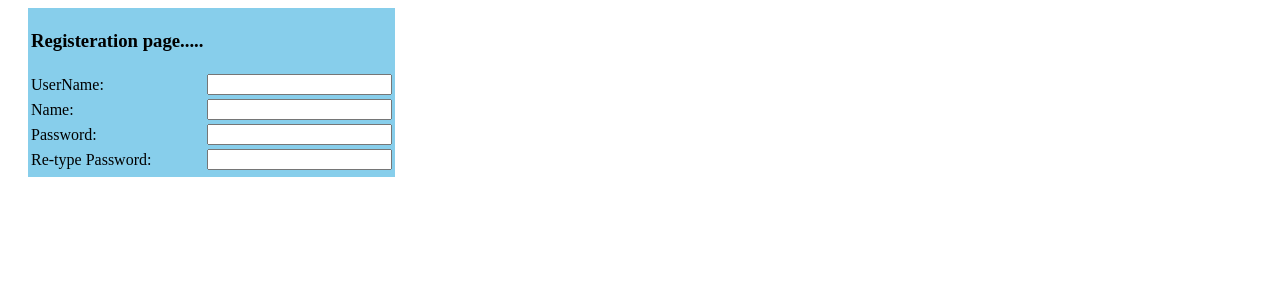
Repository: KeshavDeveloper/Dynamic-web-app
Page: http://localhost/MyRegistrationProject/register.jsp
The author's editor kept a copy of each file at every save. The page is drawn from the files as they stood at one save, then again after the next save.
The browser window is 1280 px wide. The pictures show the whole page.
The page is served by Tomcat 9. Other server files are loaded and not shown.

Above is the page before, as saved 2018-06-26 22:22:17.

### MyRegistrationProject/WebContent/register.jsp
<%@ page language="java" contentType="text/html; charset=ISO-8859-1"
    pageEncoding="ISO-8859-1"%>
<!DOCTYPE html PUBLIC "-//W3C//DTD HTML 4.01 Transitional//EN" "http://www.w3.org/TR/html4/loose.dtd">
<html>
<head>
<meta http-equiv="Content-Type" content="text/html; charset=ISO-8859-1">
<title>Insert title here</title>
</head>
<body>

<form action="LoginRegister">
<table style="background-color:skyblue;margin-left:20px;margin-right:20px;">
<tr>
<td>   <h3 style="color: black;" >Registeration page.....</h3></td>
<td></td>



</tr>

<tr><td>UserName:</td><td><input type="text" name="username"></td></tr>
<tr><td>Name:</td><td><input type="text" name="name"></td></tr>

<tr><td>Password:</td><td><input type="password" name="password1"></td></tr>
<tr><td> Re-type Password:</td><td><input type="password" name="password2"></td></tr>

<tr><td></tr>

</table>
</form>


</body>
</html>

After the next save:
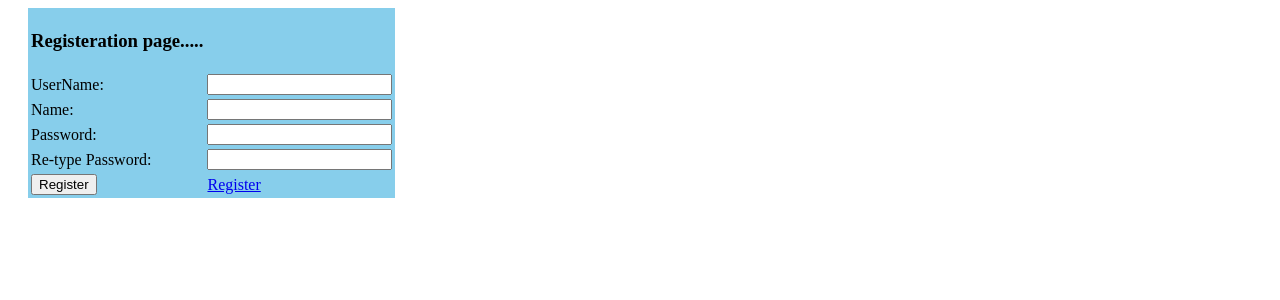
Saved 4 min 7 s later.
--- a/MyRegistrationProject/WebContent/register.jsp
+++ b/MyRegistrationProject/WebContent/register.jsp
@@ -24,7 +24,10 @@
 <tr><td>Password:</td><td><input type="password" name="password1"></td></tr>
 <tr><td> Re-type Password:</td><td><input type="password" name="password2"></td></tr>
 
-<tr><td></tr>
+<tr><td><input type="submit" name="login" value="Register"></td>
+<td><a href="register.jsp">Register</a>
+
+</tr>
 
 </table>
 </form>
